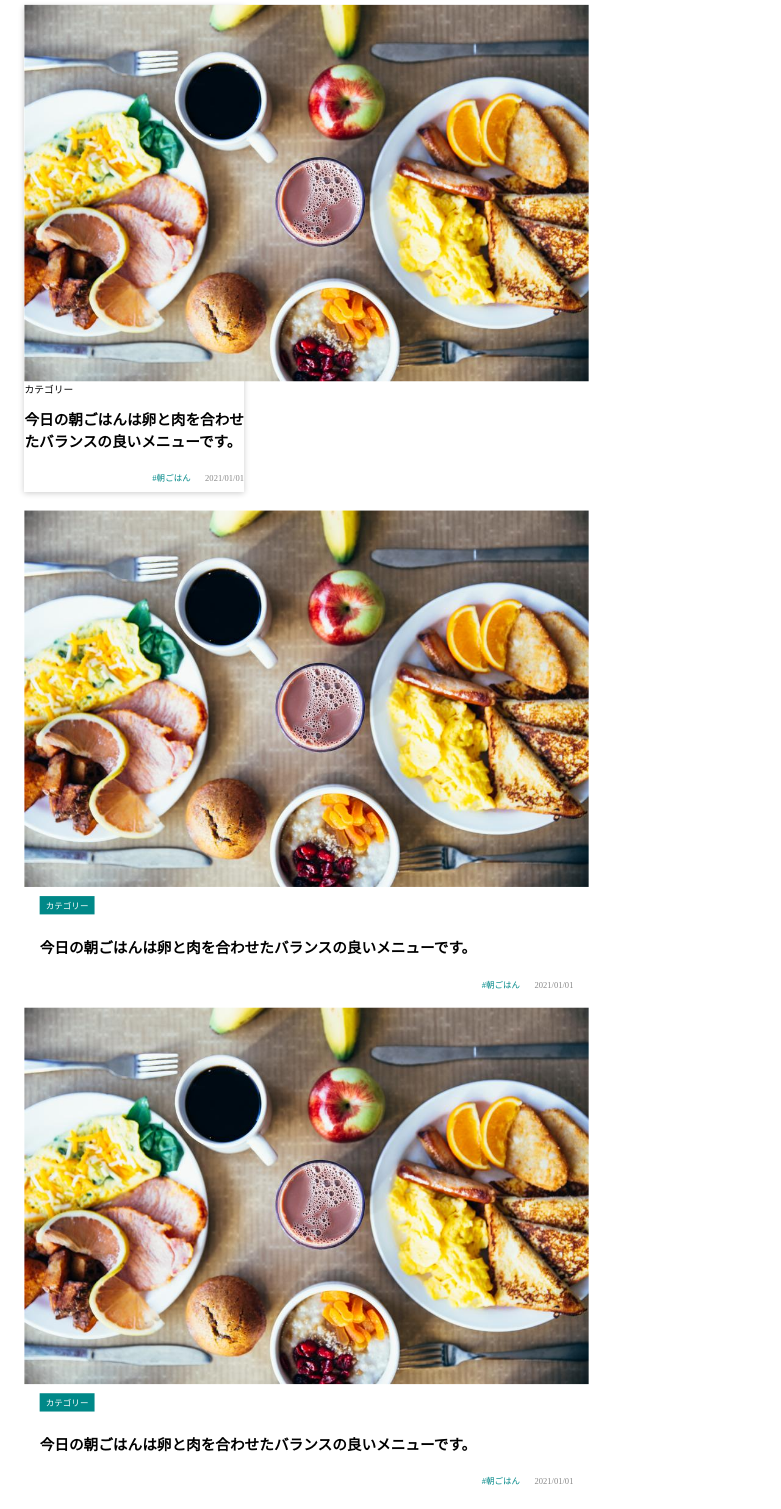
Repository: 9136424556/todo01
Page: coachtech/html-css/css2-3問.html
The author's editor kept a copy of each file at every save. The page is drawn from the files as they stood at one save, then again after the next save.
The browser window is 1280 px wide. The pictures show the whole page, at 61% of full size.

Above is the page before, as saved 2023-12-04 01:21:42.

After the next save:
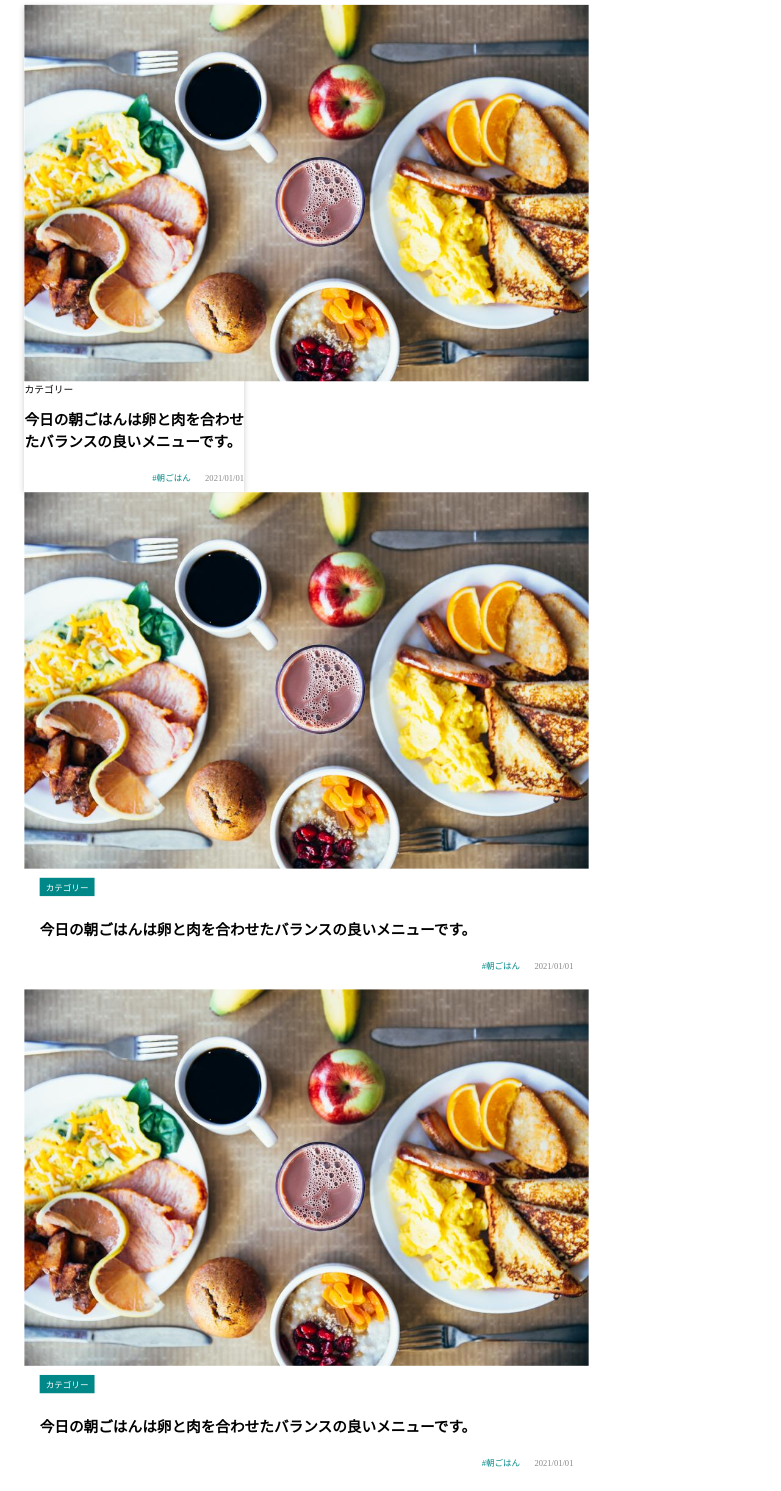
Saved 55 s later.
--- a/coachtech/html-css/css/css2-3問.css
+++ b/coachtech/html-css/css/css2-3問.css
@@ -55,6 +55,6 @@
 @media  screen and (min-width:1000px) {
     .practice-card{
         width: 30%;
-
+        margin-bottom: 0;
     }
 }
